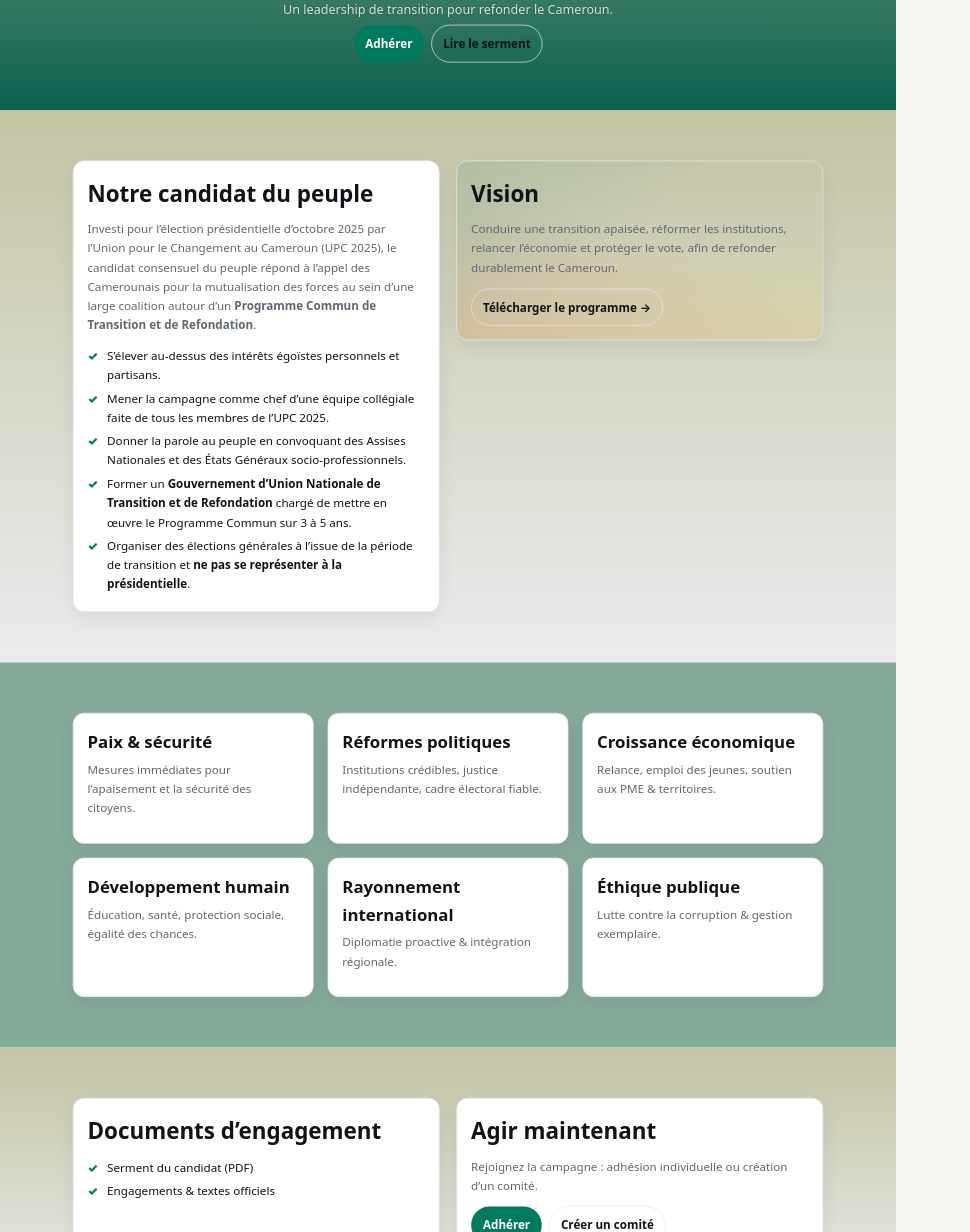
Repository: Kishny/upc2025
Page: candidat.html
These files come from the project's save history. The page is drawn as it stood at one moment and after the next save; the edit follows.
The browser window is 1280 px wide. The page is 1386 px wide, so the pictures cover 1386 px, including what lies to the right of the window. The pictures show the part of the page from y = 316 to 2076 px (the page is 2763 px tall before and 2708 px after), at 70% of full size.

Above is the page before, as saved 2025-09-11 20:41:36.
Console error: ReferenceError: DICT_ABOUT is not defined

### candidat.html
<!DOCTYPE html>
<html lang="fr">
  <head>
    <meta charset="utf-8" />
    <meta name="viewport" content="width=device-width,initial-scale=1" />
    <title data-i18n="candidate_meta_title">
      Candidat consensuel — UPC 2025
    </title>
    <meta
      name="description"
      content="Présentation du candidat consensuel, vision et engagements UPC 2025."
    />
    <link rel="preload" href="assets/css/styles.css" as="style" />
    <link rel="stylesheet" href="assets/css/styles.css" />
    <link rel="icon" href="assets/img/logo.png" />
  </head>
  <body>
    <!-- Topbar -->
    <div class="topbar">
      <div class="container">
        <span class="topbar__msg" data-i18n="topbar_msg"
          >Élection présidentielle — Octobre 2025</span
        >
        <div class="topbar__actions">
          <button
            id="langToggle"
            class="btn btn--ghost"
            aria-label="Toggle language"
          >
            FR / EN
          </button>
          <a class="btn btn--ghost" href="contact.html" data-i18n="contact"
            >Contact</a
          >
        </div>
      </div>
    </div>

    <!-- Header / Nav -->
    <header class="header">
      <div class="container header__inner">
        <a href="index.html" class="brand">
          <img src="assets/img/logo.png" alt="UPC 2025" class="brand__logo" />
          <span class="brand__title">UPC 2025</span>
        </a>

        <nav id="nav" class="nav" aria-label="Navigation principale">
          <a href="a-propos.html" data-i18n="nav_about">À propos</a>
          <!-- AJOUTER juste après "À propos" (ordre au choix) -->
          <a href="candidat.html" data-i18n="nav_candidate"
            >Candidat consensuel</a
          >
          <a href="programme.html" data-i18n="nav_program">Programme</a>
          <a href="documents.html" data-i18n="nav_docs">Documents officiels</a>
          <a href="campagne-populaire.html" data-i18n="nav_campaign"
            >Campagne populaire</a
          >
          <!-- MODIFIER l’existant : ancien href="participez.html" -->
          <a href="adherer.html" class="nav__cta" data-i18n="nav_join"
            >Adherer</a
          >
          <a href="actualites-medias.html" data-i18n="nav_news_media"
            >Actualités / Médias</a
          >
        </nav>

        <button id="burger" class="burger" aria-label="Menu">
          <span></span><span></span><span></span>
        </button>
      </div>
    </header>

    <!-- Hero -->
    <section class="hero" style="min-height: clamp(220px, 42vh, 520px)">
      <div class="hero__content container">
        <h1 class="hero__title" data-i18n="candidate_title">
          Candidat consensuel
        </h1>
        <p class="hero__subtitle" data-i18n="candidate_subtitle">
          Un leadership de transition pour refonder le Cameroun.
        </p>
        <div class="hero__cta">
          <a
            href="participez.html#adhesion"
            class="btn btn--primary"
            data-i18n="cta_join_short"
            >Adhérer</a
          >
          <a
            href="documents-officiels.html#oath"
            class="btn btn--outline"
            data-i18n="candidate_read_oath"
            >Lire le serment</a
          >
        </div>
      </div>
    </section>

    <main>
      <!-- Présentation du candidat consensuel -->
      <section class="section">
        <div class="container grid-2" style="align-items: start">
          <article class="card">
            <h2 data-i18n="candidate_who_title">Notre candidat du peuple</h2>
            <p data-i18n="candidate_who_text">
              Investi pour l’élection présidentielle d’octobre 2025 par l’Union
              pour le Changement au Cameroun (UPC 2025), le candidat consensuel
              du peuple répond à l’appel des Camerounais pour la mutualisation
              des forces au sein d’une large coalition autour d’un
              <strong>Programme Commun de Transition et de Refondation</strong>.
            </p>
            <ul class="checklist">
              <li data-i18n="candidate_value_1">
                S’élever au-dessus des intérêts égoïstes personnels et
                partisans.
              </li>
              <li data-i18n="candidate_value_2">
                Mener la campagne comme chef d’une équipe collégiale faite de
                tous les membres de l’UPC 2025.
              </li>
              <li data-i18n="candidate_value_3">
                Donner la parole au peuple en convoquant des Assises Nationales
                et des États Généraux socio-professionnels.
              </li>
              <li data-i18n="candidate_value_4">
                Former un
                <strong
                  >Gouvernement d’Union Nationale de Transition et de
                  Refondation</strong
                >
                chargé de mettre en œuvre le Programme Commun sur 3 à 5 ans.
              </li>
              <li data-i18n="candidate_value_5">
                Organiser des élections générales à l’issue de la période de
                transition et
                <strong>ne pas se représenter à la présidentielle</strong>.
              </li>
            </ul>
          </article>

          <aside class="card gradient-cm">
            <h2 data-i18n="candidate_vision_title">Vision</h2>
            <p data-i18n="candidate_vision_text">
              Conduire une transition apaisée, réformer les institutions,
              relancer l’économie et protéger le vote, afin de refonder
              durablement le Cameroun.
            </p>
            <a
              href="programme.html"
              class="btn btn--outline"
              data-i18n="cta_program"
            >
              Télécharger le programme →
            </a>
          </aside>
        </div>
      </section>

      <!-- Engagements clés -->
      <section class="section section--alt">
        <div class="container cards">
          <article class="card">
            <h3 data-i18n="candidate_pillar_1">Paix & sécurité</h3>
            <p data-i18n="candidate_pillar_1_desc">
              Mesures immédiates pour l’apaisement et la sécurité des citoyens.
            </p>
          </article>
          <article class="card">
            <h3 data-i18n="candidate_pillar_2">Réformes politiques</h3>
            <p data-i18n="candidate_pillar_2_desc">
              Institutions crédibles, justice indépendante, cadre électoral
              fiable.
            </p>
          </article>
          <article class="card">
            <h3 data-i18n="candidate_pillar_3">Croissance économique</h3>
            <p data-i18n="candidate_pillar_3_desc">
              Relance, emploi des jeunes, soutien aux PME & territoires.
            </p>
          </article>
          <article class="card">
            <h3 data-i18n="candidate_pillar_4">Développement humain</h3>
            <p data-i18n="candidate_pillar_4_desc">
              Éducation, santé, protection sociale, égalité des chances.
            </p>
          </article>
          <article class="card">
            <h3 data-i18n="candidate_pillar_5">Rayonnement international</h3>
            <p data-i18n="candidate_pillar_5_desc">
              Diplomatie proactive & intégration régionale.
            </p>
          </article>
          <article class="card">
            <h3 data-i18n="candidate_pillar_6">Éthique publique</h3>
            <p data-i18n="candidate_pillar_6_desc">
              Lutte contre la corruption & gestion exemplaire.
            </p>
          </article>
        </div>
      </section>

      <!-- Documents / Preuves d’engagement -->
      <section class="section">
        <div class="container grid-2">
          <div class="card">
            <h2 data-i18n="candidate_docs_title">Documents d’engagement</h2>
            <ul class="checklist">
              <li>
                <a
                  href="assets/docs/UPC_2025_Oath_Candidat.pdf"
                  target="_blank"
                  data-i18n="candidate_doc_oath"
                  >Serment du candidat (PDF)</a
                >
              </li>
              <li>
                <a
                  href="documents-officiels.html"
                  data-i18n="candidate_doc_commitment"
                  >Engagements & textes officiels</a
                >
              </li>
            </ul>
          </div>
          <div class="card">
            <h2 data-i18n="candidate_cta_title">Agir maintenant</h2>
            <p data-i18n="candidate_cta_text">
              Rejoignez la campagne : adhésion individuelle ou création d’un
              comité.
            </p>
            <div class="hero__cta" style="justify-content: flex-start">
              <a
                href="participez.html#adhesion"
                class="btn btn--primary"
                data-i18n="cta_join_short"
                >Adhérer</a
              >
              <a
                href="campagne-populaire.html#comite"
                class="btn btn--outline"
                data-i18n="cta_create_committee"
                >Créer un comité</a
              >
            </div>
          </div>
        </div>
      </section>
    </main>

    <!-- Section navigation (Accueil / Programme) -->
    <section class="section section--inset">
      <div class="container hero__cta nav-cta">
        <a href="index.html" class="btn btn--outline" data-i18n="back_home">
          ← Retour à l’accueil
        </a>
        <a
          href="programme.html"
          class="btn btn--primary"
          data-i18n="cta_program"
        >
          Voir le programme →
        </a>
      </div>
    </section>

    <!-- Footer -->
    <footer class="footer footer--clean">
      <div class="container footer__wrap">
        <!-- Logo -->
        <img src="assets/img/logo.png" alt="UPC 2025" class="footer__logo" />

        <!-- Titre + lignes -->
        <div class="footer__titleline">
          <span class="footer__line"></span>
          <h3 class="footer__title">REJOIGNEZ-NOUS</h3>
          <span class="footer__line"></span>
        </div>

        <!-- Réseaux -->
        <ul class="footer__socials">
          <li>
            <a class="sbtn" href="#" aria-label="Facebook" title="Facebook">
              <!-- FB SVG -->
              <svg
                viewBox="0 0 24 24"
                width="18"
                height="18"
                fill="currentColor"
                aria-hidden="true"
              >
                <path
                  d="M22 12.06C22 6.49 17.52 2 12 2S2 6.49 2 12.06c0 5.02 3.66 9.18 8.44 9.94v-7.03H8.08v-2.9h2.36V9.41c0-2.33 1.39-3.61 3.52-3.61.99 0 2.02.18 2.02.18v2.23h-1.14c-1.12 0-1.47.7-1.47 1.42v1.71h2.5l-.4 2.9h-2.1V22c4.78-.76 8.44-4.92 8.44-9.94z"
                />
              </svg>
            </a>
          </li>
          <li>
            <a class="sbtn" href="#" aria-label="X / Twitter" title="X">
              <!-- X SVG -->
              <svg
                viewBox="0 0 24 24"
                width="18"
                height="18"
                fill="currentColor"
                aria-hidden="true"
              >
                <path
                  d="M18.9 2H21l-6.47 7.39L22 22h-6.86l-4.69-6.12L4.9 22H3l6.92-7.91L2 2h6.97l4.27 5.73L18.9 2zm-2.41 18h1.35L7.63 4H6.2l10.29 16z"
                />
              </svg>
            </a>
          </li>
          <li>
            <a class="sbtn" href="#" aria-label="Instagram" title="Instagram">
              <!-- IG SVG -->
              <svg
                viewBox="0 0 24 24"
                width="18"
                height="18"
                fill="currentColor"
                aria-hidden="true"
              >
                <path
                  d="M7 2h10a5 5 0 0 1 5 5v10a5 5 0 0 1-5 5H7a5 5 0 0 1-5-5V7a5 5 0 0 1 5-5zm0 2a3 3 0 0 0-3 3v10a3 3 0 0 0 3 3h10a3 3 0 0 0 3-3V7a3 3 0 0 0-3-3H7zm5 3.5a5.5 5.5 0 1 1 0 11 5.5 5.5 0 0 1 0-11zm0 2a3.5 3.5 0 1 0 0 7 3.5 3.5 0 0 0 0-7zm5.25-.75a1 1 0 1 1 0 2 1 1 0 0 1 0-2z"
                />
              </svg>
            </a>
          </li>
          <li>
            <a class="sbtn" href="#" aria-label="YouTube" title="YouTube">
              <!-- YT SVG -->
              <svg
                viewBox="0 0 24 24"
                width="18"
                height="18"
                fill="currentColor"
                aria-hidden="true"
              >
                <path
                  d="M23.5 6.2s-.23-1.64-.94-2.35c-.9-.94-1.9-.95-2.36-1C16.5 2.5 12 2.5 12 2.5h0s-4.5 0-8.2.35c-.46.06-1.46.06-2.36 1C.73 4.55.5 6.2.5 6.2S.25 8.1.25 10v1.99c0 1.9.25 3.8.25 3.8s.23 1.64.94 2.35c.9.94 2.09.91 2.62 1.02C6.14 19.4 12 19.5 12 19.5s4.5 0 8.2-.35c.46-.06 1.46-.06 2.36-1 .71-.71.94-2.35.94-2.35s.25-1.9.25-3.8V10c0-1.9-.25-3.8-.25-3.8zM9.75 15.02V7.98l6.01 3.52-6.01 3.52z"
                />
              </svg>
            </a>
          </li>
        </ul>

        <!-- Navigation -->
        <nav class="footer__nav">
          <a href="index.html">Accueil</a>
          <a href="a-propos.html">À propos</a>
          <a href="programme.html">Programme</a>
          <a href="documents-officiels.html">Documents</a>
          <a href="campagne-populaire.html">Campagne</a>
          <a href="actualites-medias.html">Actualités / Médias</a>
          <a href="contact.html">Contact</a>
        </nav>

        <!-- Copyright -->
        <small class="footer__copy">
          © <span id="year"></span> UPC 2025 — Tous droits réservés.
        </small>
      </div>
    </footer>
    <script src="assets/js/app.js" defer></script>
  </body>
</html>

Loaded but not shown: assets/js/app.js (1177 lines, source omitted); assets/css/styles.css (1762 lines, source omitted)

After the next save:
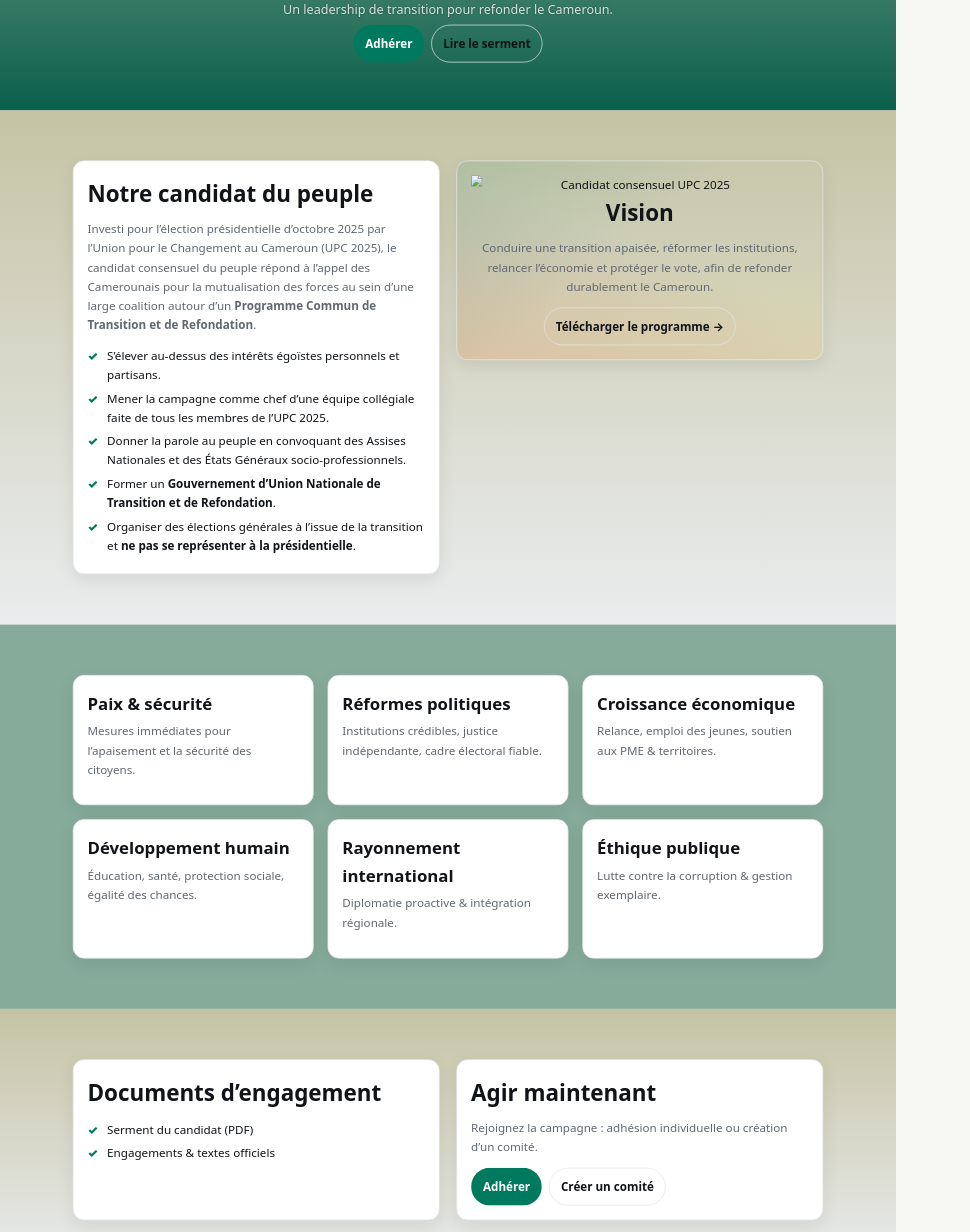
Not found: assets/img/candidat.jpg
Saved 99 s later.
--- a/candidat.html
+++ b/candidat.html
@@ -98,8 +98,10 @@
 
     <main>
       <!-- Présentation du candidat consensuel -->
+      <!-- Présentation du candidat consensuel -->
       <section class="section">
         <div class="container grid-2" style="align-items: start">
+          <!-- Colonne texte -->
           <article class="card">
             <h2 data-i18n="candidate_who_title">Notre candidat du peuple</h2>
             <p data-i18n="candidate_who_text">
@@ -127,18 +129,23 @@
                 <strong
                   >Gouvernement d’Union Nationale de Transition et de
                   Refondation</strong
-                >
-                chargé de mettre en œuvre le Programme Commun sur 3 à 5 ans.
+                >.
               </li>
               <li data-i18n="candidate_value_5">
-                Organiser des élections générales à l’issue de la période de
-                transition et
+                Organiser des élections générales à l’issue de la transition et
                 <strong>ne pas se représenter à la présidentielle</strong>.
               </li>
             </ul>
           </article>
 
-          <aside class="card gradient-cm">
+          <!-- Colonne image + vision -->
+          <aside class="card gradient-cm" style="text-align: center">
+            <img
+              src="assets/img/candidat.jpg"
+              alt="Candidat consensuel UPC 2025"
+              class="candidate-img"
+              loading="lazy"
+            />
             <h2 data-i18n="candidate_vision_title">Vision</h2>
             <p data-i18n="candidate_vision_text">
               Conduire une transition apaisée, réformer les institutions,

After the save that followed:
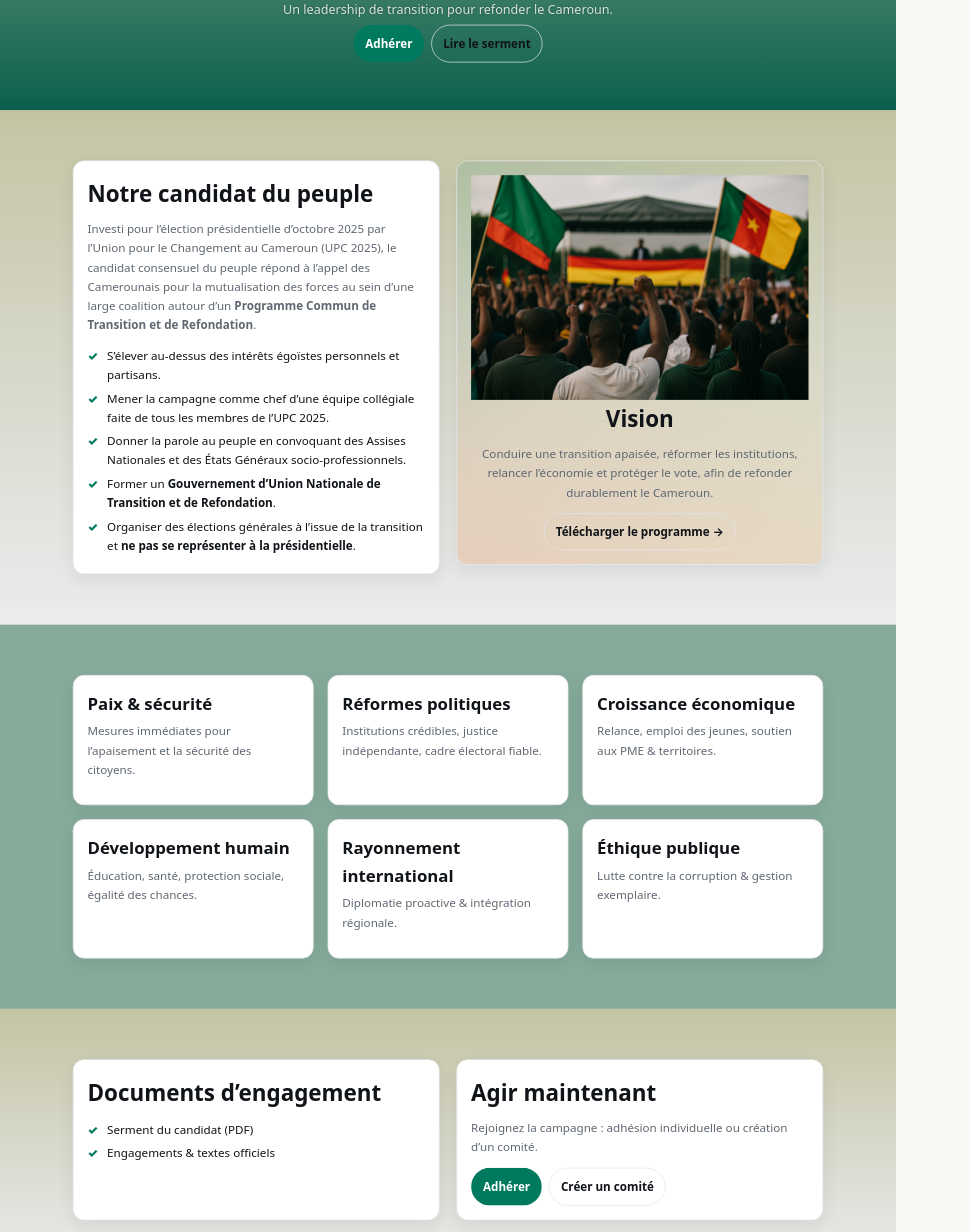
Saved 29 s later.
--- a/candidat.html
+++ b/candidat.html
@@ -141,7 +141,7 @@
           <!-- Colonne image + vision -->
           <aside class="card gradient-cm" style="text-align: center">
             <img
-              src="assets/img/candidat.jpg"
+              src="assets/img/candidat.png"
               alt="Candidat consensuel UPC 2025"
               class="candidate-img"
               loading="lazy"
